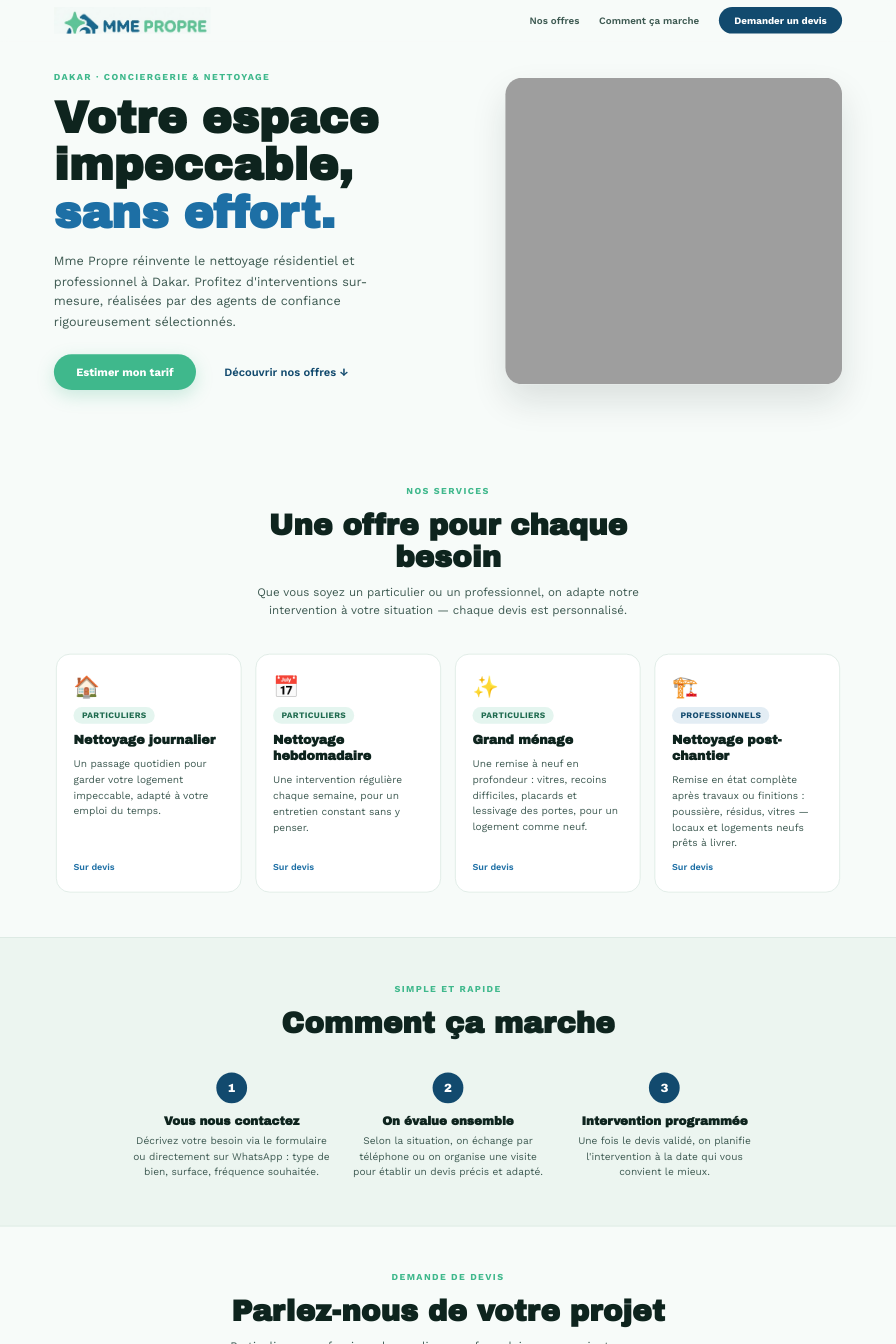
Repository: AntaaaKD/Mme-Propre
Page: Particulier.html
The author's editor kept a copy of each file at every save. The page is drawn from the files as they stood at one save, then again after a run of saves.
The browser window is 1280 px wide. The pictures show the part of the page from y = 0 to 1920 px (the page is 2699 px tall before and 2709 px after), at 70% of full size.
Pictures or frames that could not be fetched are drawn as grey boxes.

Above is the page before, as saved 2026-07-20 19:17:48.

### Particulier.html
<!DOCTYPE html>
<html lang="fr">
<head>
<meta charset="UTF-8">
<meta name="viewport" content="width=device-width, initial-scale=1.0">
<title>Mme Propre — La propreté de votre demeure, en un clic</title>
<link rel="icon" type="image/png" href="data:[embedded picture, 38990 characters]">
<link rel="preconnect" href="https://fonts.googleapis.com">
<link rel="preconnect" href="https://fonts.gstatic.com" crossorigin>
<link href="https://fonts.googleapis.com/css2?family=Archivo+Black&family=Work+Sans:wght@400;500;600;700&display=swap" rel="stylesheet">
<style>
  :root{
    --surface:#F7FBF9;
    --surface-2:#ECF5F0;
    --ink:#0E241E;
    --ink-soft:#3E5A52;
    --blue:#1D6FA5;
    --blue-deep:#124A6E;
    --mint:#3FB88C;
    --lemon:#F2C230;
    --line:#D6E6DE;
    --display:"Archivo Black", sans-serif;
    --body:"Work Sans", sans-serif;
  }
  *{box-sizing:border-box;}
  body{margin:0;padding:0;background:var(--surface);color:var(--ink);font-family:var(--body);}
  a{color:inherit;}
  section{scroll-margin-top:20px;}

  /* ---------- HEADER ---------- */
  header{
    display:flex;align-items:center;justify-content:space-between;
    padding:10px 6vw;position:sticky;top:0;background:rgba(247,251,249,0.9);
    backdrop-filter:blur(6px);z-index:20;border-bottom:1px solid transparent;
  }
  .logo{display:flex;align-items:center;}
  .logo img{height:38px;width:auto;display:block;}
  nav{display:flex;align-items:center;gap:28px;}
  nav a.nav-link{font-size:14px;font-weight:600;color:var(--ink-soft);text-decoration:none;}
  .header-cta{
    font-size:14px;font-weight:700;color:#fff;background:var(--blue-deep);
    border-radius:999px;padding:11px 22px;text-decoration:none;
    transition:transform .15s ease;
  }
  .header-cta:hover{transform:translateY(-2px);}
  @media (max-width:760px){ nav a.nav-link{display:none;} }

  /* ---------- HERO ---------- */
  .hero{position:relative;padding:6vh 6vw 10vh;overflow:hidden;}
  .hero-grid{position:relative;z-index:2;display:grid;grid-template-columns:1.1fr 0.9fr;gap:56px;align-items:center;}
  @media (max-width:860px){.hero-grid{grid-template-columns:1fr;gap:40px;} .hero-image{max-height:320px;}}
  .hero-image{position:relative;border-radius:24px;overflow:hidden;box-shadow:0 24px 50px rgba(14,36,30,0.12);aspect-ratio:1.1;}
  .hero-image img{width:100%;height:100%;object-fit:cover;display:block;}
  .eyebrow{font-size:13px;font-weight:700;letter-spacing:2px;text-transform:uppercase;color:var(--mint);margin-bottom:18px;}
  h1{font-family:var(--display);font-size:clamp(36px,5.5vw,64px);line-height:1.05;margin:0 0 22px;max-width:15ch;}
  h1 .accent{color:var(--blue);}
  .hero p.lead{font-size:18px;color:var(--ink-soft);max-width:46ch;line-height:1.6;margin:0 0 32px;}
  .hero-ctas{display:flex;gap:16px;align-items:center;flex-wrap:wrap;}
  .btn-primary{
    background:var(--mint);color:#fff;font-weight:700;padding:16px 32px;
    border-radius:999px;box-shadow:0 8px 24px rgba(63,184,140,0.25);text-decoration:none;
    transition:transform .2s ease, box-shadow .2s ease;
  }
  .btn-primary:hover{transform:translateY(-2px);box-shadow:0 12px 28px rgba(63,184,140,0.4);}
  .btn-secondary{font-weight:600;color:var(--blue-deep);padding:16px 24px;text-decoration:none;}

  /* ---------- SECTION WRAPPER ---------- */
  .section{padding:9vh 6vw;}
  .section.alt{background:var(--surface-2);border-top:1px solid var(--line);border-bottom:1px solid var(--line);}
  .section-head{max-width:640px;margin:0 auto 48px;text-align:center;}
  .section-head .eyebrow{justify-content:center;display:flex;}
  .section-head h2{font-family:var(--display);font-size:clamp(28px,3.6vw,42px);margin:0 0 14px;}
  .section-head p{color:var(--ink-soft);font-size:16.5px;line-height:1.6;margin:0;}

  /* ---------- OFFERS ---------- */
  .offers{max-width:1120px;margin:0 auto;display:grid;grid-template-columns:repeat(4,1fr);gap:20px;}
  @media (max-width:980px){.offers{grid-template-columns:repeat(2,1fr);}}
  @media (max-width:560px){.offers{grid-template-columns:1fr;}}
  .offer-card{
    background:#fff;border:1.5px solid var(--line);border-radius:20px;padding:28px 24px;
    display:flex;flex-direction:column;gap:12px;transition:transform .18s ease, box-shadow .18s ease;
  }
  .offer-card:hover{transform:translateY(-4px);box-shadow:0 16px 32px rgba(14,36,30,0.08);}
  .offer-card .emoji{font-size:30px;}
  .offer-card h3{font-family:var(--display);font-size:18px;margin:0;line-height:1.3;}
  .offer-card p{color:var(--ink-soft);font-size:14.5px;line-height:1.55;margin:0;flex:1;}
  .offer-tag{
    align-self:flex-start;font-size:12px;font-weight:700;letter-spacing:0.5px;text-transform:uppercase;
    padding:5px 12px;border-radius:999px;
  }
  .tag-domicile{background:rgba(63,184,140,0.14);color:#1f6b4f;}
  .tag-pro{background:rgba(29,111,165,0.12);color:var(--blue-deep);}
  .offer-quote{font-size:13px;font-weight:600;color:var(--blue);margin-top:2px;}

  /* ---------- STEPS ---------- */
  .steps{max-width:900px;margin:0 auto;display:grid;grid-template-columns:repeat(3,1fr);gap:28px;}
  @media (max-width:760px){.steps{grid-template-columns:1fr;}}
  .step{text-align:center;}
  .step-num{
    width:44px;height:44px;border-radius:50%;background:var(--blue-deep);color:#fff;
    display:flex;align-items:center;justify-content:center;font-family:var(--display);font-size:17px;
    margin:0 auto 16px;
  }
  .step h4{font-family:var(--display);font-size:17px;margin:0 0 8px;}
  .step p{color:var(--ink-soft);font-size:14.5px;line-height:1.55;margin:0;}

  /* ---------- FORM ---------- */
  .form-wrap{max-width:760px;margin:0 auto;background:#fff;border:1.5px solid var(--line);border-radius:24px;padding:44px 40px;}
  @media (max-width:600px){.form-wrap{padding:32px 22px;}}
  .grid{display:grid;grid-template-columns:1fr 1fr;gap:16px;}
  @media (max-width:680px){.grid{grid-template-columns:1fr;}}
  .field{display:flex;flex-direction:column;gap:6px;}
  .field.full{grid-column:1/-1;}
  label{font-size:13px;font-weight:600;color:var(--ink-soft);}
  input,select,textarea{
    font-family:var(--body);font-size:15px;border:1.5px solid var(--line);border-radius:12px;
    padding:13px 15px;background:#fff;color:var(--ink);outline:none;transition:border-color .18s ease;
  }
  input:focus,select:focus,textarea:focus{border-color:var(--blue);}
  textarea{resize:vertical;min-height:90px;}
  .submit-row{margin-top:26px;display:flex;align-items:center;gap:16px;flex-wrap:wrap;}
  .btn-whatsapp{
    display:inline-flex;align-items:center;gap:10px;background:var(--mint);color:#fff;border:none;
    border-radius:999px;padding:15px 26px;font-family:var(--body);font-weight:700;font-size:15px;cursor:pointer;
    transition:transform .15s ease, box-shadow .15s ease;
  }
  .btn-whatsapp:hover{transform:translateY(-2px);box-shadow:0 8px 22px rgba(63,184,140,0.35);}
  .btn-whatsapp-outline{
    display:inline-flex;align-items:center;gap:10px;background:#fff;color:var(--ink);border:1.5px solid var(--line);
    border-radius:999px;padding:14px 24px;font-family:var(--body);font-weight:700;font-size:14.5px;cursor:pointer;
    transition:transform .15s ease, border-color .15s ease;
  }
  .btn-whatsapp-outline:hover{transform:translateY(-2px);border-color:var(--mint);}
  .hint{font-size:13px;color:var(--ink-soft);}

  footer{padding:26px 6vw;border-top:1px solid var(--line);font-size:13px;color:var(--ink-soft);display:flex;justify-content:space-between;flex-wrap:wrap;gap:10px;}
</style>
</head>
<body>

<header>
  <div class="logo"><img src="data:[embedded picture, 79982 characters]" alt="Mme Propre"></div>
  <nav>
    <a class="nav-link" href="#offres">Nos offres</a>
    <a class="nav-link" href="#comment">Comment ça marche</a>
    <a class="header-cta" href="#devis">Demander un devis</a>
  </nav>
</header>

<section class="hero">
  <div class="hero-grid">
    <div>
      <div class="eyebrow">Dakar · Conciergerie & Nettoyage</div>
      <h1>Votre espace impeccable, <span class="accent">sans effort.</span></h1>
      <p class="lead">Mme Propre réinvente le nettoyage résidentiel et professionnel à Dakar. Profitez d'interventions sur-mesure, réalisées par des agents de confiance rigoureusement sélectionnés.</p>
      <div class="hero-ctas">
        <a href="#devis" class="btn-primary">Estimer mon tarif</a>
        <a href="#offres" class="btn-secondary">Découvrir nos offres ↓</a>
      </div>
    </div>
    <div class="hero-image">
      <img src="https://images.unsplash.com/photo-1758272421751-963195322eaa?w=900&auto=format&fit=crop&q=80" alt="Nettoyage professionnel à domicile">
    </div>
  </div>
</section>

<section class="section" id="offres">
  <div class="section-head">
    <div class="eyebrow">Nos services</div>
    <h2>Une offre pour chaque besoin</h2>
    <p>Que vous soyez un particulier ou un professionnel, on adapte notre intervention à votre situation — chaque devis est personnalisé.</p>
  </div>
  <div class="offers">
    <div class="offer-card">
      <span class="emoji">🏠</span>
      <span class="offer-tag tag-domicile">Particuliers</span>
      <h3>Nettoyage journalier</h3>
      <p>Un passage quotidien pour garder votre logement impeccable, adapté à votre emploi du temps.</p>
      <span class="offer-quote">Sur devis</span>
    </div>
    <div class="offer-card">
      <span class="emoji">📅</span>
      <span class="offer-tag tag-domicile">Particuliers</span>
      <h3>Nettoyage hebdomadaire</h3>
      <p>Une intervention régulière chaque semaine, pour un entretien constant sans y penser.</p>
      <span class="offer-quote">Sur devis</span>
    </div>
    <div class="offer-card">
      <span class="emoji">✨</span>
      <span class="offer-tag tag-domicile">Particuliers</span>
      <h3>Grand ménage</h3>
      <p>Une remise à neuf en profondeur : vitres, recoins difficiles, placards et lessivage des portes, pour un logement comme neuf.</p>
      <span class="offer-quote">Sur devis</span>
    </div>
    <div class="offer-card">
      <span class="emoji">🏗️</span>
      <span class="offer-tag tag-pro">Professionnels</span>
      <h3>Nettoyage post-chantier</h3>
      <p>Remise en état complète après travaux ou finitions : poussière, résidus, vitres — locaux et logements neufs prêts à livrer.</p>
      <span class="offer-quote">Sur devis</span>
    </div>
  </div>
</section>

<section class="section alt" id="comment">
  <div class="section-head">
    <div class="eyebrow">Simple et rapide</div>
    <h2>Comment ça marche</h2>
  </div>
  <div class="steps">
    <div class="step">
      <div class="step-num">1</div>
      <h4>Vous nous contactez</h4>
      <p>Décrivez votre besoin via le formulaire ou directement sur WhatsApp : type de bien, surface, fréquence souhaitée.</p>
    </div>
    <div class="step">
      <div class="step-num">2</div>
      <h4>On évalue ensemble</h4>
      <p>Selon la situation, on échange par téléphone ou on organise une visite pour établir un devis précis et adapté.</p>
    </div>
    <div class="step">
      <div class="step-num">3</div>
      <h4>Intervention programmée</h4>
      <p>Une fois le devis validé, on planifie l'intervention à la date qui vous convient le mieux.</p>
    </div>
  </div>
</section>

<section class="section" id="devis">
  <div class="section-head">
    <div class="eyebrow">Demande de devis</div>
    <h2>Parlez-nous de votre projet</h2>
    <p>Particulier ou professionnel, remplissez ce formulaire — on revient vers vous rapidement avec une proposition adaptée.</p>
  </div>

  <div class="form-wrap">
    <div class="grid">
      <div class="field"><label for="d-nom">Nom complet</label><input id="d-nom" type="text" placeholder="Ex : Awa Diagne"></div>
      <div class="field"><label for="d-tel">Numéro de téléphone</label><input id="d-tel" type="tel" placeholder="77 000 00 00"></div>
      <div class="field">
        <label for="d-type">Vous êtes</label>
        <select id="d-type">
          <option>Particulier — nettoyage domicile</option>
          <option>Professionnel — nettoyage post-chantier</option>
          <option>Professionnel — bureaux / locaux</option>
          <option>Autre</option>
        </select>
      </div>
      <div class="field"><label for="d-zone">Quartier / zone</label><input id="d-zone" type="text" placeholder="Ex : Sacré-Cœur, Dakar"></div>
      <div class="field full"><label for="d-surface">Surface ou taille approximative (si connue)</label><input id="d-surface" type="text" placeholder="Ex : Appartement 3 pièces, ou 200 m²"></div>
      <div class="field full"><label for="d-msg">Décrivez votre besoin</label><textarea id="d-msg" placeholder="Ex : Nettoyage de fin de chantier pour un immeuble de 4 appartements, disponibilité à partir de..."></textarea></div>
    </div>

    <div class="submit-row">
      <button class="btn-whatsapp" id="submit-btn" onclick="submitDevis()">Envoyer ma demande</button>
      <button class="btn-whatsapp-outline" onclick="sendWhatsappDirect()">Ou nous écrire sur WhatsApp</button>
    </div>
    <div class="hint" id="submit-status" style="margin-top:14px;">On vous répond généralement sous 24h.</div>
  </div>
</section>

<footer>
  <span>Mme Propre — Dakar, Sénégal</span>
  <span>Nettoyage résidentiel & professionnel</span>
</footer>

<script>
  // ⚠️ Remplacer par le vrai numéro WhatsApp de Mme Propre, format international sans "+" ni espaces
  const WHATSAPP_NUMBER = "221770000000";

  // ⚠️ Remplacer par l'URL de ton application web Apps Script (se termine par /exec)
  const GAS_WEB_APP_URL = "https://script.google.com/macros/s/AKfycbztkSX3TyebbLAMASZva5rAbgVcuSgHpPOw3mWZLaVD60Z6R83ZnjcCemumw_IpcYI8/exec";

  // Le hero renvoie vers #devis et #offres ; le contact WhatsApp reste disponible via le formulaire de devis plus bas.

  function getDevisData(){
    return {
      nom: document.getElementById('d-nom').value.trim(),
      tel: document.getElementById('d-tel').value.trim(),
      typeDemande: document.getElementById('d-type').value,
      zone: document.getElementById('d-zone').value.trim(),
      surface: document.getElementById('d-surface').value.trim(),
      message: document.getElementById('d-msg').value.trim(),
    };
  }

  async function submitDevis(){
    const btn = document.getElementById('submit-btn');
    const status = document.getElementById('submit-status');
    const data = getDevisData();

    if(!data.nom || !data.tel){
      status.textContent = "Merci de renseigner au moins votre nom et votre numéro.";
      status.style.color = "#B3261E";
      return;
    }

    btn.disabled = true;
    btn.textContent = "Envoi en cours...";
    status.style.color = "";
    status.textContent = "Merci de patienter, ça ne prend que quelques secondes.";

    try{
      await fetch(GAS_WEB_APP_URL, {
        method: "POST",
        mode: "no-cors",
        headers: { "Content-Type": "text/plain;charset=utf-8" },
        body: JSON.stringify({ formType: "devis", ...data })
      });

      btn.textContent = "Envoyé ✓";
      status.style.color = "#3FB88C";
      status.textContent = "Demande reçue ! On revient vers vous très bientôt.";
    } catch(err){
      btn.disabled = false;
      btn.textContent = "Envoyer ma demande";
      status.style.color = "#B3261E";
      status.textContent = "Une erreur est survenue, réessayez ou contactez-nous sur WhatsApp.";
    }
  }

  function sendWhatsappDirect(){
    const data = getDevisData();
    let text = "Bonjour Mme Propre 👋\n\nJe souhaite un devis pour un service de nettoyage.";
    if(data.nom) text += `\n\nNom : ${data.nom}`;
    if(data.tel) text += `\nTéléphone : ${data.tel}`;
    if(data.typeDemande) text += `\nType : ${data.typeDemande}`;
    if(data.zone) text += `\nZone : ${data.zone}`;
    if(data.surface) text += `\nSurface : ${data.surface}`;
    if(data.message) text += `\nDétails : ${data.message}`;
    const url = `https://wa.me/${WHATSAPP_NUMBER}?text=${encodeURIComponent(text)}`;
    window.open(url, '_blank');
  }
</script>

</body>
</html>

After the next 2 saves:
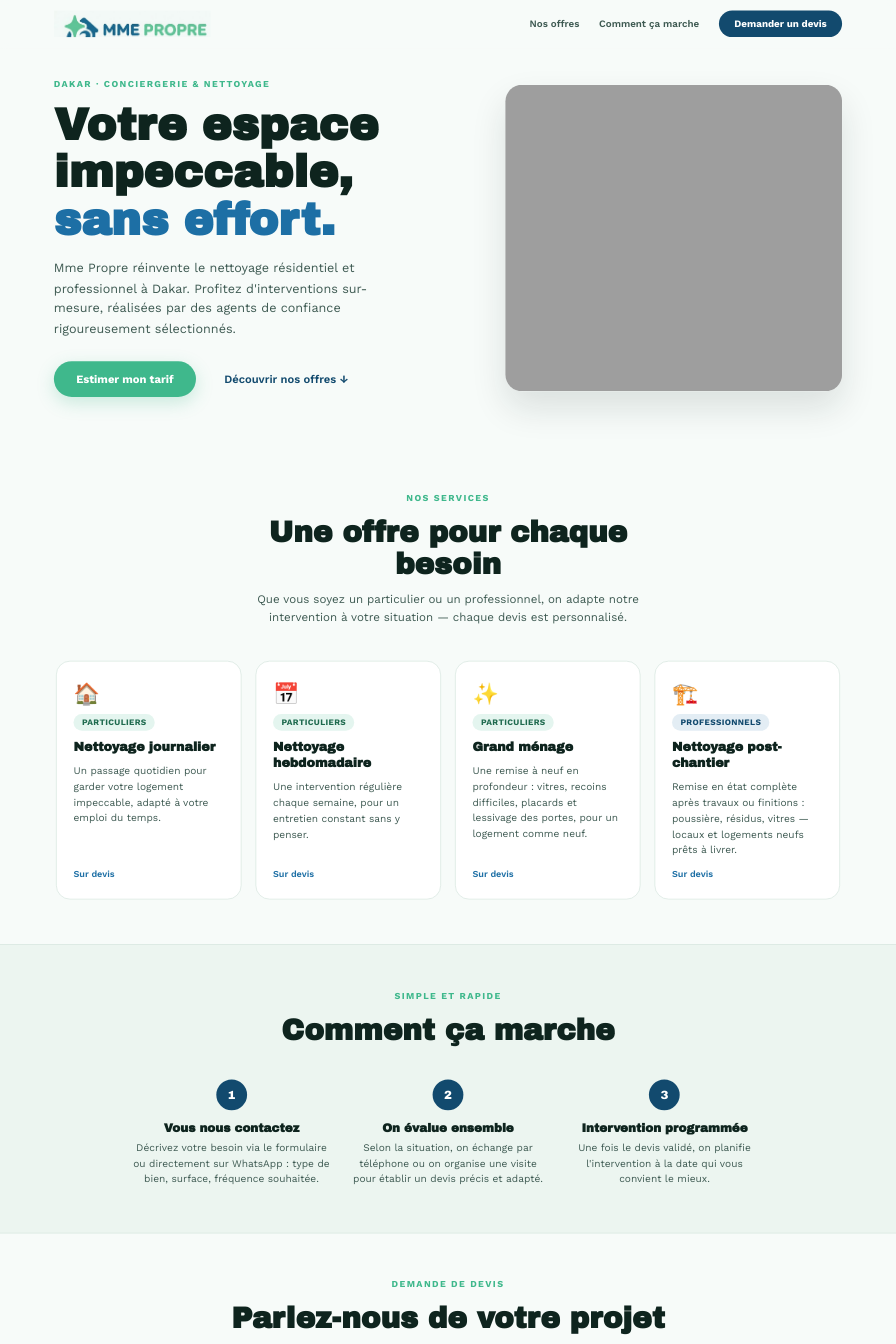
The 2 saves are shown as one change because they came seconds apart.
The last was saved 26 s later.
--- a/Particulier.html
+++ b/Particulier.html
@@ -30,7 +30,7 @@
   /* ---------- HEADER ---------- */
   header{
     display:flex;align-items:center;justify-content:space-between;
-    padding:10px 6vw;position:sticky;top:0;background:rgba(247,251,249,0.9);
+    padding:15px 6vw;position:sticky;top:0;background:rgba(247,251,249,0.9);
     backdrop-filter:blur(6px);z-index:20;border-bottom:1px solid transparent;
   }
   .logo{display:flex;align-items:center;}
